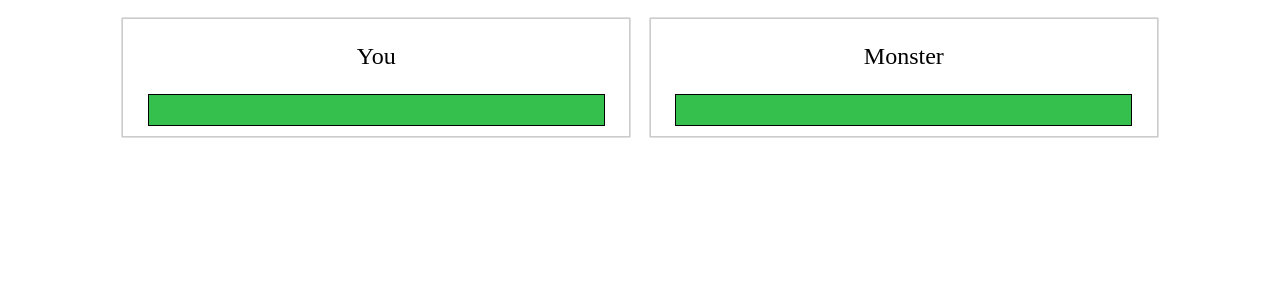
Repository: jakublack/game-fight-vue
Page: /
These files come from the project's save history. The page is drawn as it stood at one moment and after the next save; the edit follows.
The browser window is 1280 px wide. The pictures show the whole page.
The project was rebuilt for these pictures with package versions that can differ from the ones it lists, and the page was loaded fresh each time.

Above is the page before, as saved 2018-08-08 20:47:42.

### public/index.html
<!DOCTYPE html>
<html lang="en">
  <head>
    <meta charset="utf-8">
    <meta http-equiv="X-UA-Compatible" content="IE=edge">
    <meta name="viewport" content="width=device-width,initial-scale=1.0">
    <link rel="icon" href="<%= BASE_URL %>favicon.ico">
    <title>game-app</title>
  </head>
  <body>
    <noscript>
      <strong>We're sorry but game-app doesn't work properly without JavaScript enabled. Please enable it to continue.</strong>
    </noscript>
    <div id="app"></div>
    <!-- built files will be auto injected -->
  </body>
</html>

### src/components/Game.vue
<template>
  <div class="wrapper--app">
    <div class="wrapper--person">
      <div class="person--player">
        <p>You</p>
        <div class="person--health player--health"></div>
      </div>
      <div class="person--player">
        <p>Monster</p>
        <div class="person--health monster--health"></div>
      </div>
    </div>


  </div>

</template>

<script>
export default {
  name: 'Game',

}
</script>

<!-- Add "scoped" attribute to limit CSS to this component only -->
<style scss scoped>

.wrapper--person {
  text-align: center;
}

.person--player {
  width: 40%;
  display: inline-block;
  margin: 10px;
  text-align: center;
  border: 1px solid #ccc;
  box-shadow: 0px 0px 1px 0px rgba(0,0,0,0.75);
}

.person--player p {
  font-size: 24px;
}

.person--health {
  width: 90%;
  height: 30px;
  margin: 10px auto;
  background-color: #35BF4D;
  border: 1px solid #000;

}



</style>

Loaded but not shown: src/main.js (common file); src/App.vue (common file)

After the next save:
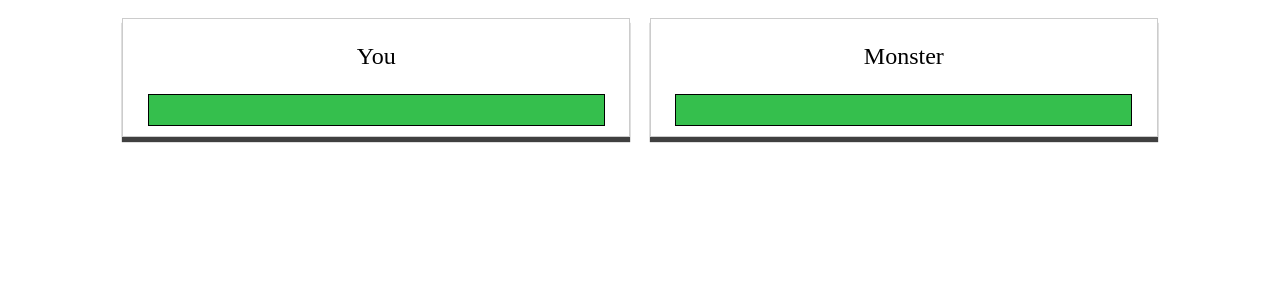
Saved 7 s later.
--- a/src/components/Game.vue
+++ b/src/components/Game.vue
@@ -36,7 +36,7 @@ export default {
   margin: 10px;
   text-align: center;
   border: 1px solid #ccc;
-  box-shadow: 0px 0px 1px 0px rgba(0,0,0,0.75);
+  box-shadow: 0px 5px 1px 0px rgba(0,0,0,0.75);
 }
 
 .person--player p {
